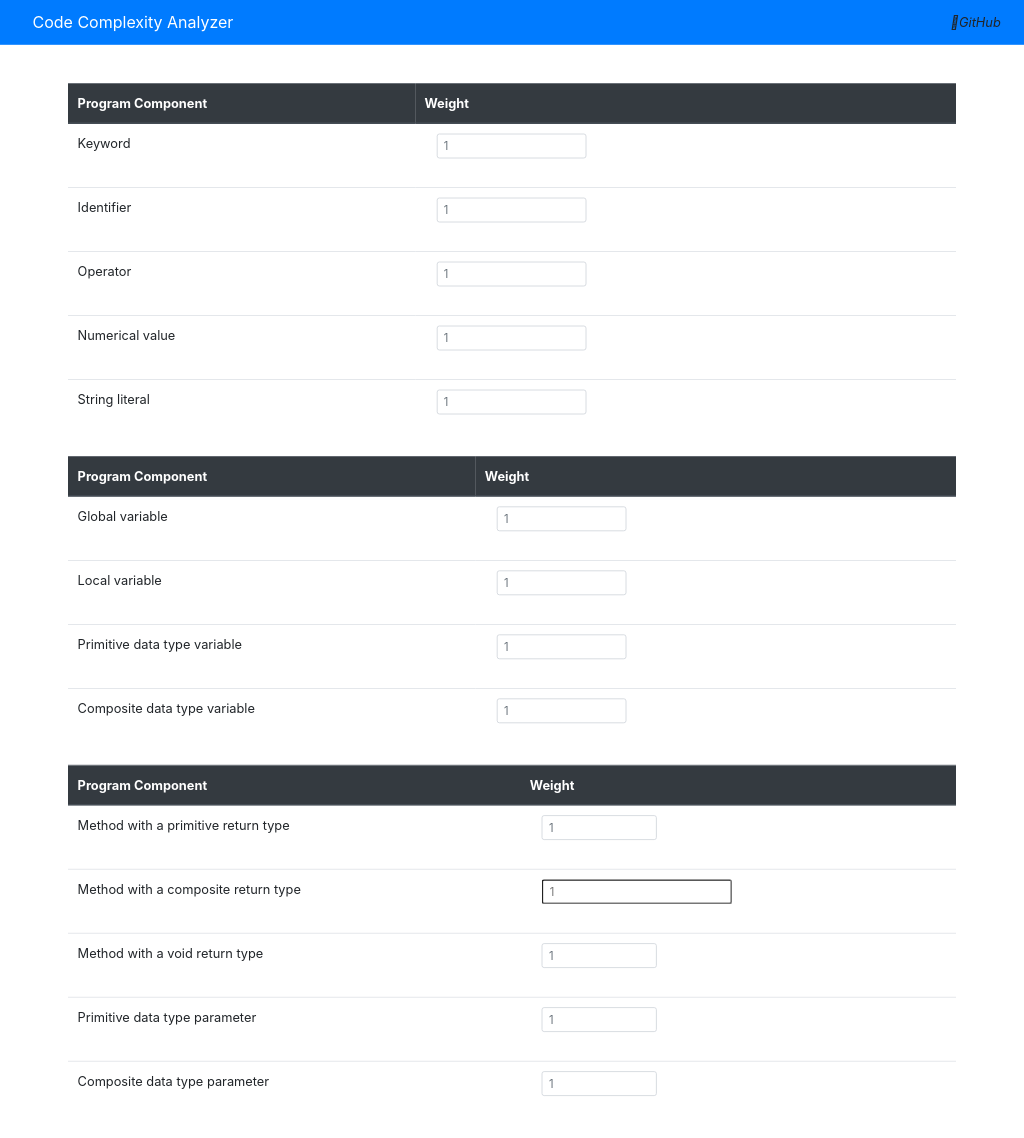
Repository: DinuwanB/Code-Complexity-Analyzer
Page: http://localhost/ITPM/Weight.jsp
These files come from the project's save history. The page is drawn as it stood at one moment and after the next save; the edit follows.
The browser window is 1280 px wide. The pictures show the whole page, at 80% of full size.
The page is served by Tomcat 9. Other server files are loaded and not shown.

Above is the page before, as saved 2020-05-22 05:04:37.

### ITPM/src/main/webapp/Weight.jsp
<%@ page language="java" contentType="text/html; charset=ISO-8859-1"
    pageEncoding="ISO-8859-1"%>
<!DOCTYPE html>
<html>
<head>
<meta charset="ISO-8859-1">
<title>Weight</title>
<link rel="stylesheet" href="https://maxcdn.bootstrapcdn.com/bootstrap/4.0.0/css/bootstrap.min.css" integrity="sha384-Gn5384xqQ1aoWXA+058RXPxPg6fy4IWvTNh0E263XmFcJlSAwiGgFAW/dAiS6JXm" crossorigin="anonymous">
<link rel="stylesheet"
	href="https://stackpath.bootstrapcdn.com/bootstrap/4.4.1/css/bootstrap.min.css"
	integrity="sha384-Vkoo8x4CGsO3+Hhxv8T/Q5PaXtkKtu6ug5TOeNV6gBiFeWPGFN9MuhOf23Q9Ifjh"
	crossorigin="anonymous">
<link
	href="https://stackpath.bootstrapcdn.com/font-awesome/4.7.0/css/font-awesome.min.css"
	rel="stylesheet"
	integrity="sha384-wvfXpqpZZVQGK6TAh5PVlGOfQNHSoD2xbE+QkPxCAFlNEevoEH3Sl0sibVcOQVnN"
	crossorigin="anonymous">
</head>
<body>
<nav class="navbar navbar-dark bg-primary">
		<div class="container">
			<a class="navbar-brand" href="#">Code Complexity Analyzer</a>


		</div>
		<button class="btn btn" type="submit" id="inputGroupFileAddon04">
			<i class="fab fa-github-square">GitHub</i>
		</button>

	</nav>
	<br>
	<br>
	<form action="upload" method="POST" enctype="multipart/form-data">
			<div class="container">
	<table class="table">
  <thead class="thead-dark">
    <tr>
      <th scope="col">Program Component</th>
      <th scope="col">Weight</th>
    </tr>
  </thead>
  <tbody>
    <tr>
      <td>Keyword</td>
      <td>
      <div class="col-auto col-md-4">
      <label class="sr-only" for="inlineFormInput">Weight</label>
      <input type="text" class="form-control mb-4 form-control-sm" id="inlineFormInput" placeholder="1">
      </div>
    </td>
    </tr>
    <tr>
     <td>Identifier</td>
     <td>
     <div class="col-auto col-md-4">
      <label class="sr-only" for="inlineFormInput">Weight</label>
      <input type="text" class="form-control mb-4 form-control-sm" id="inlineFormInput" placeholder="1">
      </div>
     </td>
    </tr>
  	<tr>
  	 <td>Operator</td>
  	 <td>
     <div class="col-auto col-md-4">
      <label class="sr-only" for="inlineFormInput">Weight</label>
      <input type="text" class="form-control mb-4 form-control-sm" id="inlineFormInput" placeholder="1">
      </div>
     </td>
  	</tr>
  	<tr>
  	<td>Numerical value</td>
  	<td>
     <div class="col-auto col-md-4">
      <label class="sr-only" for="inlineFormInput">Weight</label>
      <input type="text" class="form-control mb-4 form-control-sm" id="inlineFormInput" placeholder="1">
      </div>
     </td>
    </tr>
    <tr>
    <td>String literal</td>
    <td>
     <div class="col-auto col-md-4">
      <label class="sr-only" for="inlineFormInput">Weight</label>
      <input type="text" class="form-control mb-4 form-control-sm" id="inlineFormInput" placeholder="1">
      </div>
     </td>
    </tr>
  </tbody>
</table>
<table class="table">
  <thead class="thead-dark">
    <tr>
      <th scope="col">Program Component</th>
      <th scope="col">Weight</th>
    </tr>
  </thead>
  <tbody>
    <tr>
      <td>Global variable</td>
      <td>
     <div class="col-auto col-md-4">
      <label class="sr-only" for="inlineFormInput">Weight</label>
      <input type="text" class="form-control mb-4 form-control-sm" id="inlineFormInput" placeholder="1">
      </div>
     </td>
    </tr>
    <tr>
     <td>Local variable</td>
     <td>
     <div class="col-auto col-md-4">
      <label class="sr-only" for="inlineFormInput">Weight</label>
      <input type="text" class="form-control mb-4 form-control-sm" id="inlineFormInput" placeholder="1">
      </div>
     </td>
    </tr>
  	<tr>
  	 <td>Primitive data type variable</td>
  	 <td>
     <div class="col-auto col-md-4">
      <label class="sr-only" for="inlineFormInput">Weight</label>
      <input type="text" class="form-control mb-4 form-control-sm" id="inlineFormInput" placeholder="1">
      </div>
     </td>
  	</tr>
  	<tr>
  	<td>Composite data type variable</td>
  	<td>
     <div class="col-auto col-md-4">
      <label class="sr-only" for="inlineFormInput">Weight</label>
      <input type="text" class="form-control mb-4 form-control-sm" id="inlineFormInput" placeholder="1">
      </div>
     </td>
    </tr>
  </tbody>
</table>
<table class="table">
  <thead class="thead-dark">
    <tr>
      <th scope="col">Program Component</th>
      <th scope="col">Weight</th>
    </tr>
  </thead>
  <tbody>
    <tr>
      <td>Method with a primitive return type</td>
      <td>
     <div class="col-auto col-md-4">
      <label class="sr-only" for="inlineFormInput">Weight</label>
      <input type="text" class="form-control mb-4 form-control-sm" id="inlineFormInput" placeholder="1">
      </div>
     </td>
    </tr>
    <tr>
     <td>Method with a composite return type</td>
     <td>
     <div class="col-auto col-md-4">
      <label class="sr-only" for="inlineFormInput">Weight</label>
      <input type="text" class=" mb-4 form-control-sm" id="inlineFormInput" placeholder="1">
      </div>
     </td>
    </tr>
  	<tr>
  	 <td>Method with a void return type</td>
  	 <td>
     <div class="col-auto col-md-4">
      <label class="sr-only" for="inlineFormInput">Weight</label>
      <input type="text" class="form-control mb-4 form-control-sm" id="inlineFormInput" placeholder="1">
      </div>
     </td>
  	</tr>
  	<tr>
  	<td>Primitive data type parameter</td>
  	<td>
     <div class="col-auto col-md-4">
      <label class="sr-only" for="inlineFormInput">Weight</label>
      <input type="text" class="form-control mb-4 form-control-sm" id="inlineFormInput" placeholder="1">
      </div>
     </td>
    </tr>
    <tr>
    <td>Composite data type parameter</td>
    <td>
     <div class="col-auto col-md-4">
      <label class="sr-only" for="inlineFormInput">Weight</label>
      <input type="text" class="form-control mb-4 form-control-sm" id="inlineFormInput" placeholder="1">
      </div>
     </td>
    </tr>
  </tbody>
</table>
</div>
		</form>
</body>
</html>

After the next save:
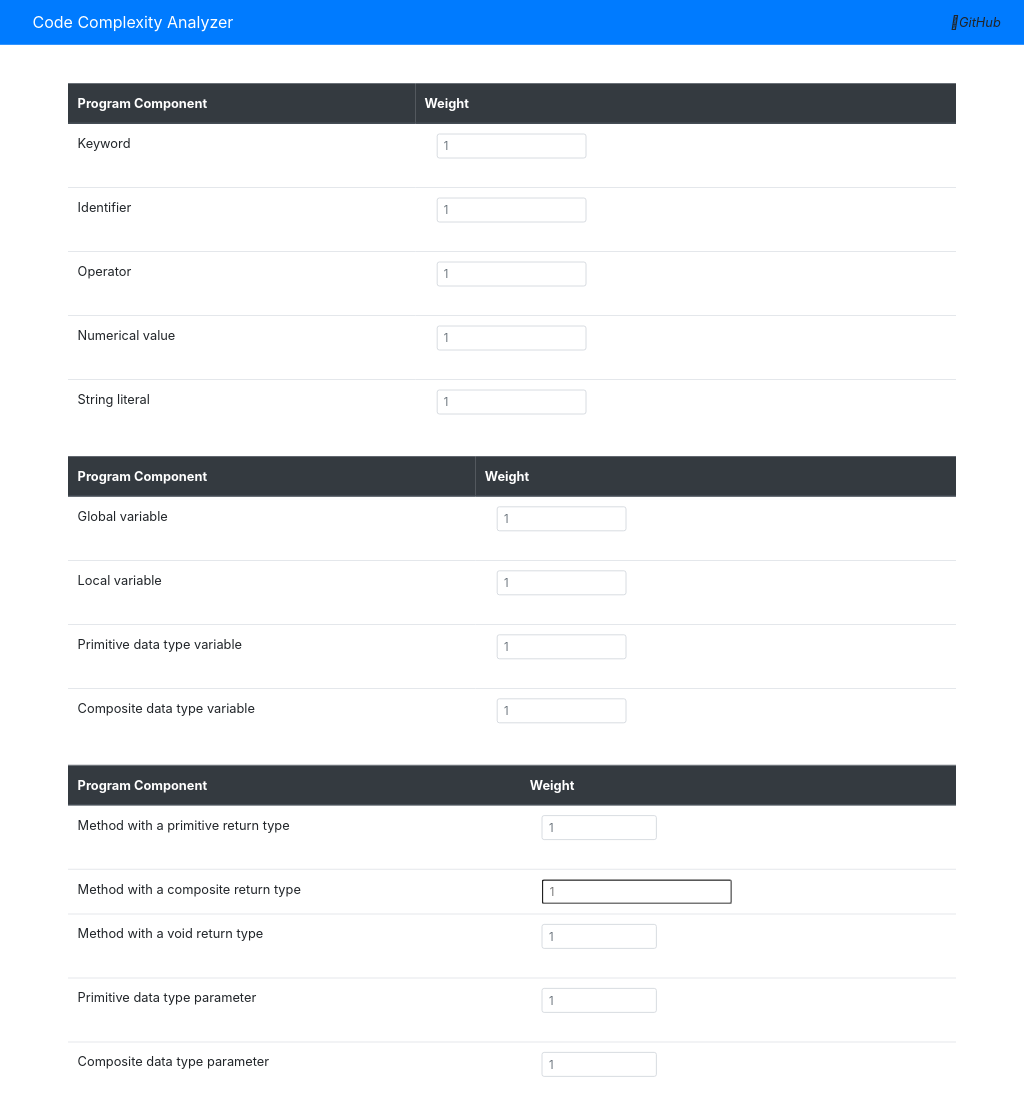
Saved 36 min 57 s later.
--- a/ITPM/src/main/webapp/Weight.jsp
+++ b/ITPM/src/main/webapp/Weight.jsp
@@ -155,7 +155,7 @@
      <td>
      <div class="col-auto col-md-4">
       <label class="sr-only" for="inlineFormInput">Weight</label>
-      <input type="text" class=" mb-4 form-control-sm" id="inlineFormInput" placeholder="1">
+      <input type="text" class="form-control-sm" id="inlineFormInput" placeholder="1">
       </div>
      </td>
     </tr>
